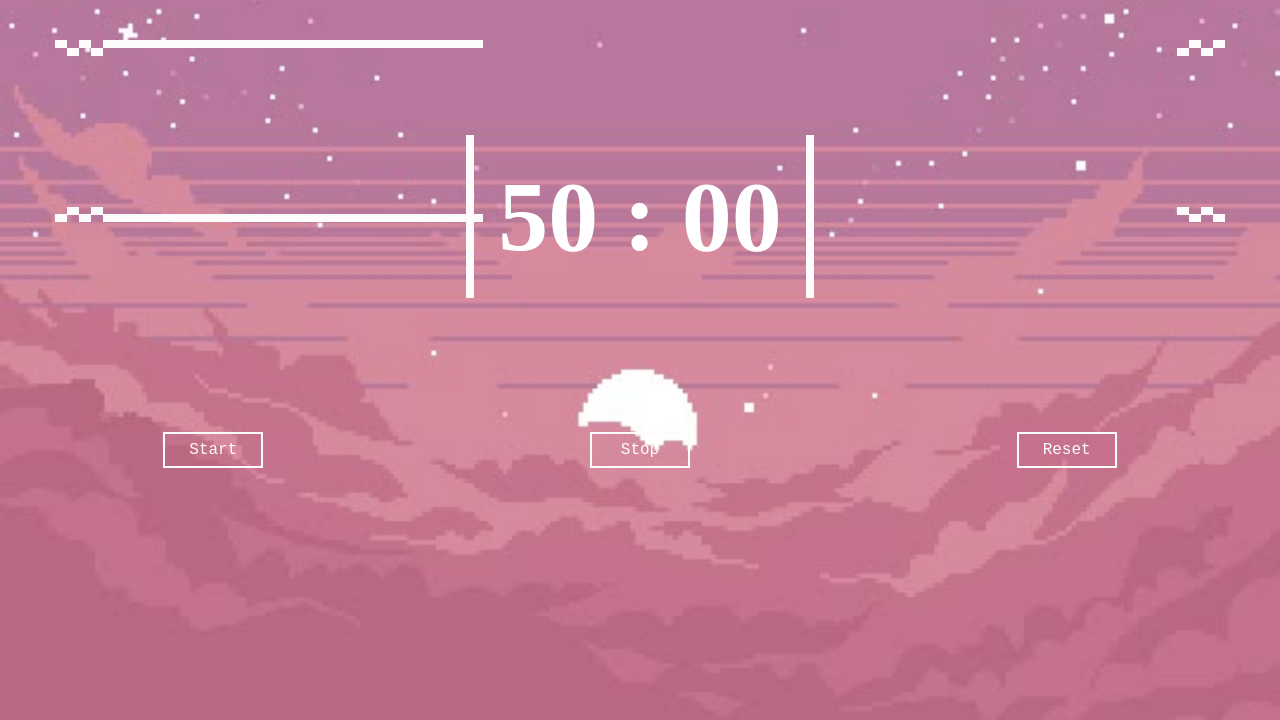
Repository: niharikapatil2306/Study-Timer
Page: index.html
These files come from the project's save history. The page is drawn as it stood at one moment and after the next save; the edit follows.
The browser window is 1280 px wide. The pictures show the whole page.
Some web fonts or font styles are not loaded; a fallback is used.

Above is the page before, as saved 2025-02-18 18:22:39.

After the next save:
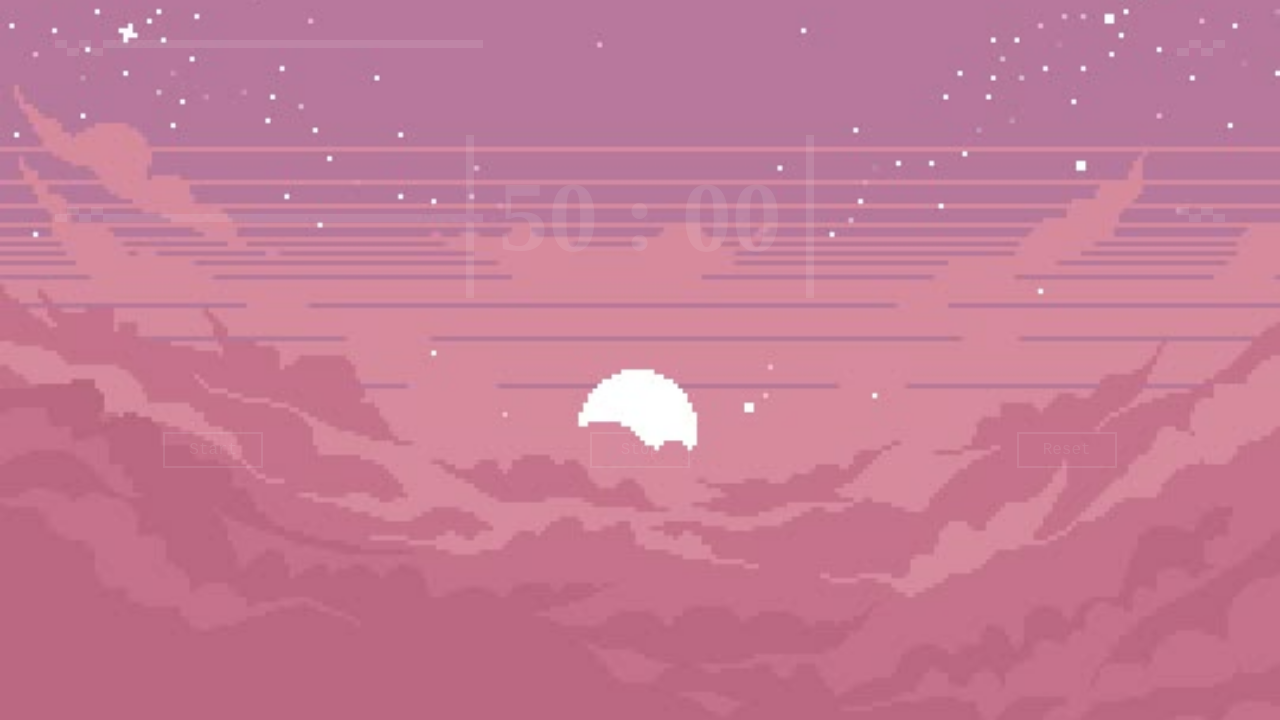
Saved 5 s later.
--- a/style.css
+++ b/style.css
@@ -3,7 +3,7 @@
     padding: 0;
     background: url("./img/bg.jpeg") no-repeat center center fixed;
     background-size: cover;
-    opacity: 1.0;
+    opacity: 0.1;
 }
 
 .container{
